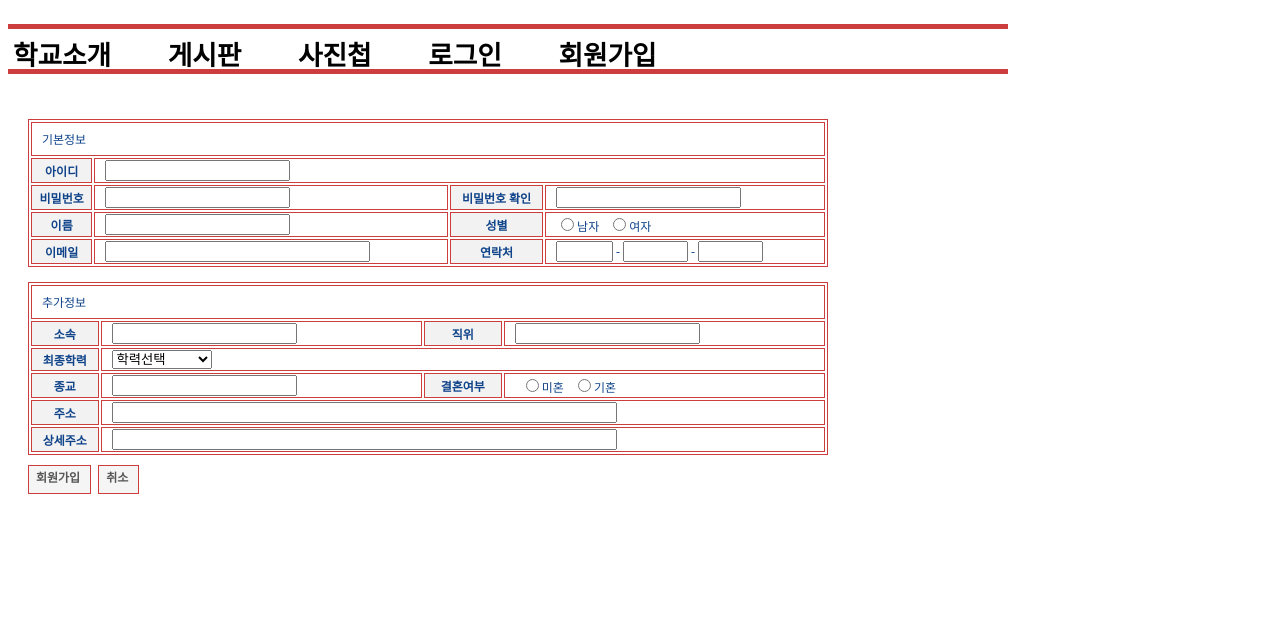
Repository: asaf0813/aisw
Page: java/이클립스/workspace/html/htmltest/WebContent/member/join.html
These files come from the project's save history. The page is drawn as it stood at one moment and after the next save; the edit follows.
The browser window is 1280 px wide. The pictures show the part of the page from y = 158 to 777 px (the page is 777 px tall).

Above is the page before, as saved 2019-10-03 10:37:41.

### java/이클립스/workspace/html/htmltest/WebContent/member/join.html
<!doctype html>
<html lang="en">
	<head>
		<meta charset="UTF-8">
		<meta name="Generator" content="EditPlus®">
		<meta name="Author" content="">
		<meta name="Keywords" content="">
		<meta name="Description" content="">
		<title>join</title>
		<link href="./join.css" rel="stylesheet" type="text/css" >
		<style type="text/css">
		a { text-decoration:none }
		</style>


		<script>
			function send(){
				var id_view = document.frm.id_view.value;
				var password = document.frm.password.value;
				var password2 = document.frm.password2.value;
				var email = document.frm.emailAdres.value;
				var tel1 = document.frm.Phone1.value;
				var tel2 = document.frm.Phone2.value;
				var tel3 = document.frm.Phone3.value;
				var tel3 = document.frm.Phone3.value;
				var name = document.frm.name.value;

				if(id_view==""){
					alert("아이디를 입력해주세요");
					document.frm.id_view.focus();
					return;
				} else if(password=="") {
					alert("비밀번호를 입력해주세요");
					document.frm.password.focus();
					return;
				} else if(password2=="") {
					alert("비밀번호를 확인해주세요");
					document.frm.password.focus();
					return;
				} else if(name=="") {
					alert("이름을 입력해주세요.");
					document.frm.password.focus();
					return;
				} else {
					if(confirm("가입하시겠습니까?")) {
						document.frm.submit();
					}
				}

				var regExp = /[a-z0-9]{2,}@[a-z0-9-]{2,}\.[a-z0-9]{2,}/i;

				if(!regExp.test(email)){
					alert("이메일 형식이 일치하지 않습니다.");
					document.frm.emailAdres.focus();
					return;
				}

				var tel1Chk = /^0(2|1[01679])$/;
				var tel2Chk = /^[0-9]{3,}$/;
				var tel3Chk = /^[0-9]{4}$/;

				if (tel1.value != '') {
					if (!tel1Chk.test(tel1)){
						alert("번호형식이 일치하지 않습니다.");
						document.frm.Phone1.focus();
						return;
					}
					if (!tel2Chk.test(tel2)){
						alert("번호형식이 일치하지 않습니다.");
						document.frm.Phone2.focus();
						return;
					}
					if (!tel3Chk.test(tel3)){
						alert("번호형식이 일치하지 않습니다.");
						document.frm.Phone3.focus();
						return;
					}
				}
			}

		</script>
	</head>
	<body>
		<div class="header">
			<a href="../main.html">
			<img width="100%" height="150" src = "http://www.postech.ac.kr/wp-content/themes/postech/images/imgs/signature4.png", alt="" ></a>
		<div>
			<p style="margin-top:20px"></p>
		</div>

		<div class="topnavi_ds">
			<div class="topnavi">
				<a href="../intro/intro.html">학교소개</a> <a href="../board/list.html">게시판</a> <a href="../picture/list.html">사진첩</a> <a href="../member/login.html">로그인</a> <a href="../member/join.html">회원가입</a>
			</div>
		</div>


		<div class="divide"/>

		<div class="body">

			<form name="frm">
				<div class="modify_user">
					<table>
						<tr><td colspan="4" height="30">기본정보</td></tr>
						<tr>
							<th>아이디</th>
							<td colspan="3">
							<input type="text" size="20" maxlength="20" name="id_view" >
							</td>
						</tr>
						<tr>
							<th>비밀번호</th>
							<td><input type="password" path="password" name="password" id="password" title="비밀번호" size="20" maxlength="20" /></td>
							<th>비밀번호 확인</th>
							<td><input name="password2" id="password2" title="비밀번호확인" type="password" size="20" maxlength="20" /></td>
						</tr>
						<tr>
							<th>이름</th>
							<td><input name="userNm" id="userNm" title="사용자이름" type="text" size="20" value="" maxlength="60" /></td>
							<th>성별</th>
							<td>
								<input type="radio" id="gen" name="gen" title="성별" value="남자">남자
								&nbsp;&nbsp;<input type="radio" id="gen" name="gen" title="성별" value="여자">여자
							</td>
						</tr>
						<tr>
							<th>이메일</th>
							<td><input name="emailAdres" id="emailAdres" title="이메일주소" cssClass="txaIpt" size="30" maxlength="50" /></td>
							<th>연락처</th>
							<td>
								<input name="Phone1" id="Phone1" title="번호1" cssClass="txaIpt" size="4" maxlength="3" /> -
								<input name="Phone2" id="Phone2" title="번호2" cssClass="txaIpt" size="5" maxlength="4" /> -
								<input name="Phone3" id="Phone3" title="번호3" cssClass="txaIpt" size="5" maxlength="4" />
								<input type="hidden" name="memberPhone" id="memberPhone" title="핸드폰번호" size="20" maxlength="15" />
							</td>
						</tr>
					</table>
					<br />
					<table>
						<tr><td colspan="6" height="30">추가정보</td></tr>
						<tr>
							<th>소속</th>
							<td colspan="1"><input name="orgnz" id="orgnz" title="소속" type="text" size="20" value="" maxlength="60" /></td>
							<th>직위</th>
							<td><input name="position" id="position" title="직위" type="text" size="20" value="" maxlength="60" /></td>
						</tr>
						<tr>
							<th>최종학력</th>
							<td colspan="3">
								<select name="spec" title="최종학력">
									<option value="">학력선택</option>
									<option value="초등학교 재학">초등학교 재학</option>
									<option value="초등학교 졸업">초등학교 졸업</option>
									<option value="중학교 재학">중학교 재학</option>
									<option value="중학교 졸업">중학교 졸업</option>
									<option value="고등학교 재학">고등학교 재학</option>
									<option value="고등학교 졸업">고등학교 졸업</option>
									<option value="대학교 재학">대학교 재학</option>
									<option value="대학교 졸업">대학교 졸업</option>
									<option value="대학원 재학">대학원 재학</option>
								</select>
							</td>
						</tr>
						<tr>
							<th>종교</th>
							<td><input name="religion" id="religion" title="종교" type="text" size="20" value="" maxlength="60" /></td>
							<th>결혼여부</th>
							<td>
								&nbsp;&nbsp;<input type="radio" name="marry" value="미혼">미혼
								&nbsp;&nbsp;<input type="radio" name="marry" value="기혼">기혼
							</td>
						</tr>
						<tr>
							<th>주소</th>
							<td colspan="3">
								<input type="text" name="zipcode" size="60">
							</td>
						</tr>
						<tr>
							<th>상세주소</th>
							<td colspan="3">
								<input type="text" class="addr" name="addr_remain" size="60">
							</td>
						</tr>
					</table>

					<div class="buttons" style="padding-top:10px;padding-bottom:30px; float:left;">
						<a href="#LINK" onclick="javascript:send(); return false;">회원가입</a>
						<a href="#LINK">취소</a>
					</div>
				</div>
			</form>
		</div>
	</body>
</html>

### java/이클립스/workspace/html/htmltest/WebContent/member/join.css
.header a:hover{color:red;}
.header a{color:blue;}

.header{
	width:1000px;
	height:50px;
	float:left;
	font-size: 9pt;
}

.topnavi_ds{
	width:100%;
	height:5px;
	background-color:#CC3D3D;
	float:left;
}
.topnavi a:hover{color:green;}
.topnavi a{color:#000000;}

.topnavi{
	width:1000px; height:30px;
	float:left;
	margin-top:10px;
	margin-left:5px;
	font-size: 20pt;
	font-weight: bold;
	word-spacing:50px;
}

.divide{
	width:100%;
	height:5px;
	float:left;
	margin-top: 25px;
	background-color:#CC3D3D;
	margin-top:40px;
}

.body{
	font-size: 9pt;
	margin-top:50px;
	margin-left:20px;
	width:1000px;
	height:500px;
	float:left;
}




.modify_user table{
	clear:both; width:800px;
	border: 1px solid #CC3D3D;
    overflow: hidden;
    white-space: nowrap;
}

.modify_user table th {
	background-color:#f2f2f2;
	border:1px solid #CC3D3D;
    color:#0f438a;
}

.modify_user table td{
	background-color:#ffffff;
	border:1px solid #CC3D3D;
    color:#0f438a;
    padding-left:10px;
}


/* btn */
.buttons a, .buttons button{

    display:block;
    float:left;
    margin:0 7px 0 0;
    background-color:#f5f5f5;
    border:1px solid #CC3D3D;
    font-size:9pt;
    line-height:130%;
    text-decoration:none;
    font-weight:bold;
    color:#565656;
    cursor:pointer;
    padding:5px 10px 6px 7px; /* Links */
}

.buttons a:hover{color:#4786AD;}

After the next save:
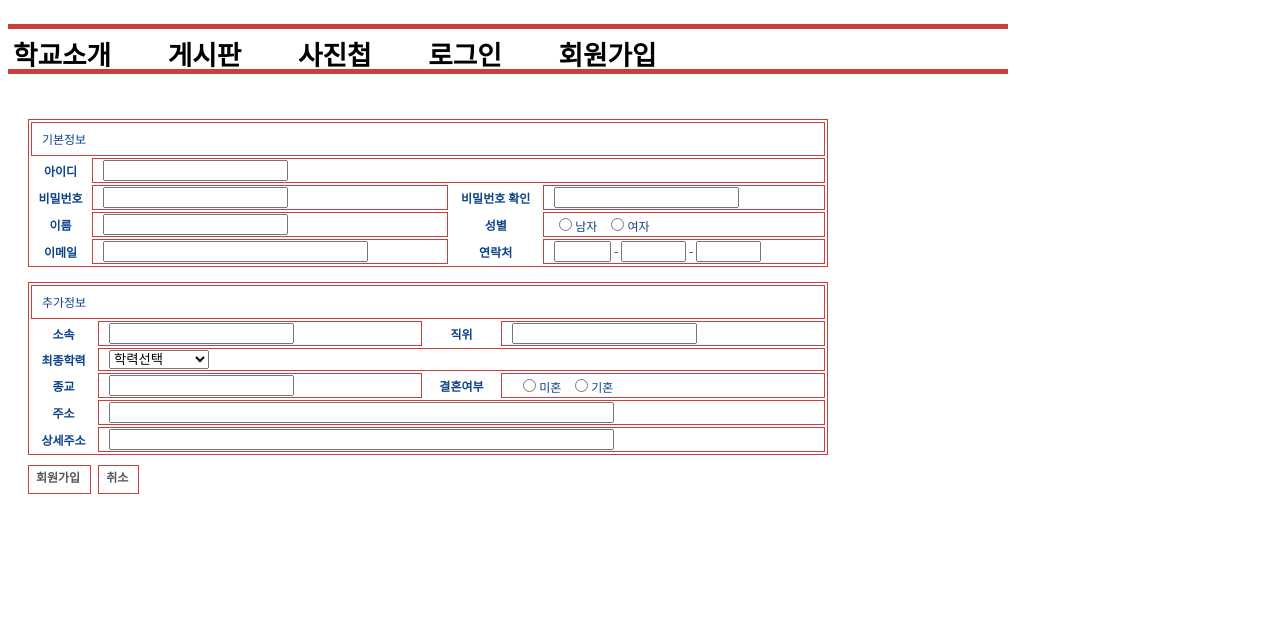
Saved 37 s later.
--- a/java/이클립스/workspace/html/htmltest/WebContent/member/join.css
+++ b/java/이클립스/workspace/html/htmltest/WebContent/member/join.css
@@ -56,13 +56,13 @@
 }
 
 .modify_user table th {
-	background-color:#f2f2f2;
+	background-color:#FFFFFF
 	border:1px solid #CC3D3D;
     color:#0f438a;
 }
 
 .modify_user table td{
-	background-color:#ffffff;
+	background-color:#FFFFFF;
 	border:1px solid #CC3D3D;
     color:#0f438a;
     padding-left:10px;
@@ -75,7 +75,7 @@
     display:block;
     float:left;
     margin:0 7px 0 0;
-    background-color:#f5f5f5;
+    background-color:#FFFFFF;
     border:1px solid #CC3D3D;
     font-size:9pt;
     line-height:130%;

After the save that followed:
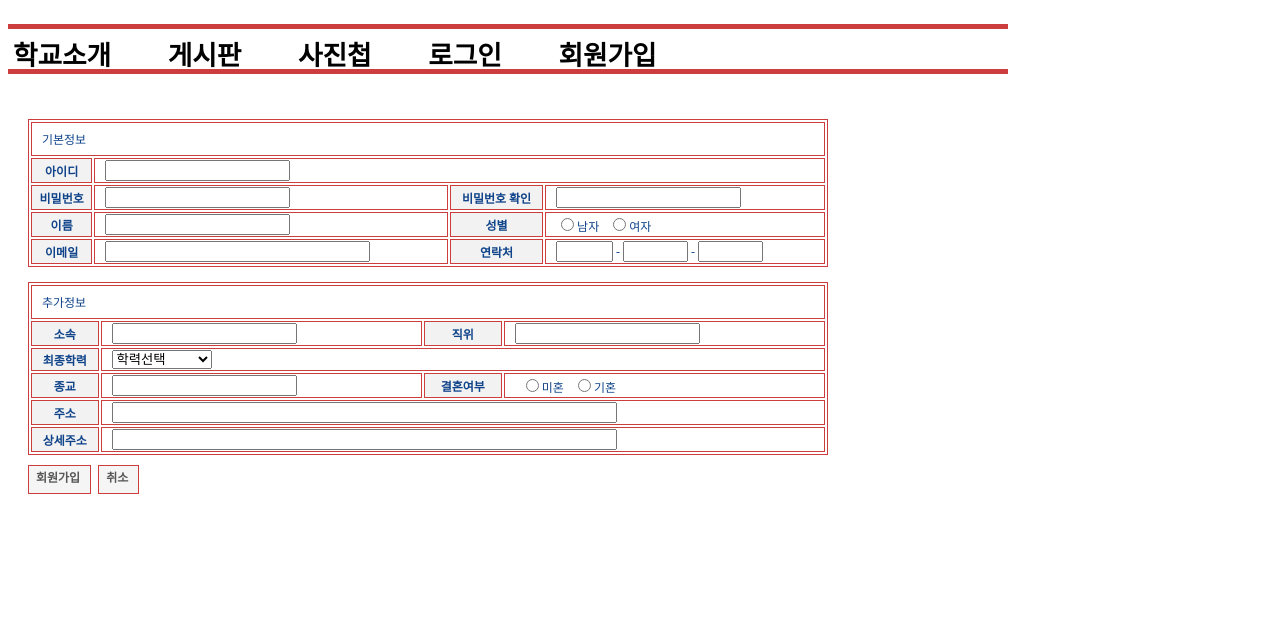
Saved 10 s later.
--- a/java/이클립스/workspace/html/htmltest/WebContent/member/join.css
+++ b/java/이클립스/workspace/html/htmltest/WebContent/member/join.css
@@ -56,13 +56,13 @@
 }
 
 .modify_user table th {
-	background-color:#FFFFFF
+	background-color:#f2f2f2;
 	border:1px solid #CC3D3D;
     color:#0f438a;
 }
 
 .modify_user table td{
-	background-color:#FFFFFF;
+	background-color:#ffffff;
 	border:1px solid #CC3D3D;
     color:#0f438a;
     padding-left:10px;
@@ -75,7 +75,7 @@
     display:block;
     float:left;
     margin:0 7px 0 0;
-    background-color:#FFFFFF;
+    background-color:#f5f5f5;
     border:1px solid #CC3D3D;
     font-size:9pt;
     line-height:130%;
